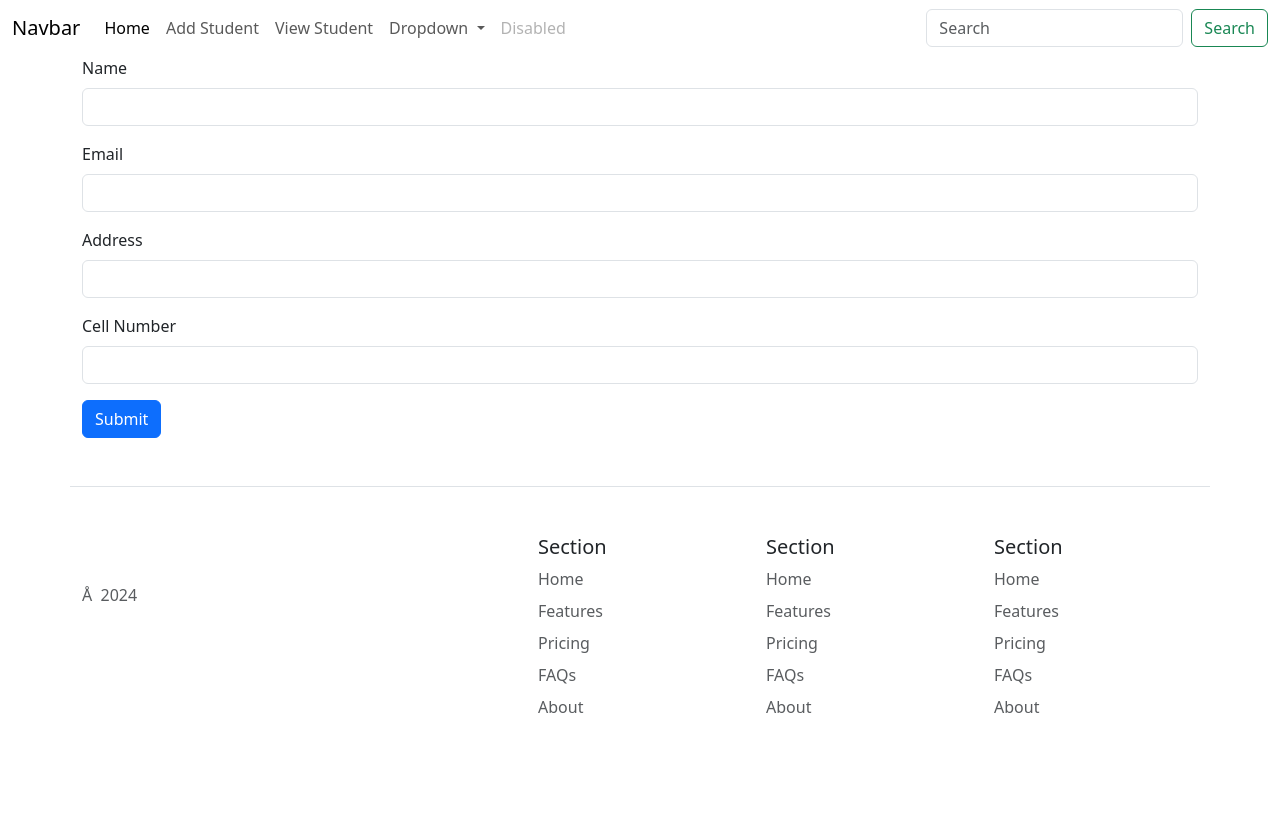
Repository: mdkutub1787/Eclips
Page: http://localhost/JSPCrud2/studentaddform.jsp
An editor plug-in stored every save of this project. The page is shown before and after the next save, followed by the edit.
The browser window is 1280 px wide. The pictures show the whole page.
The page is served by Tomcat 9.

Above is the page before, as saved 2024-07-04 03:49:05.

After the next save:
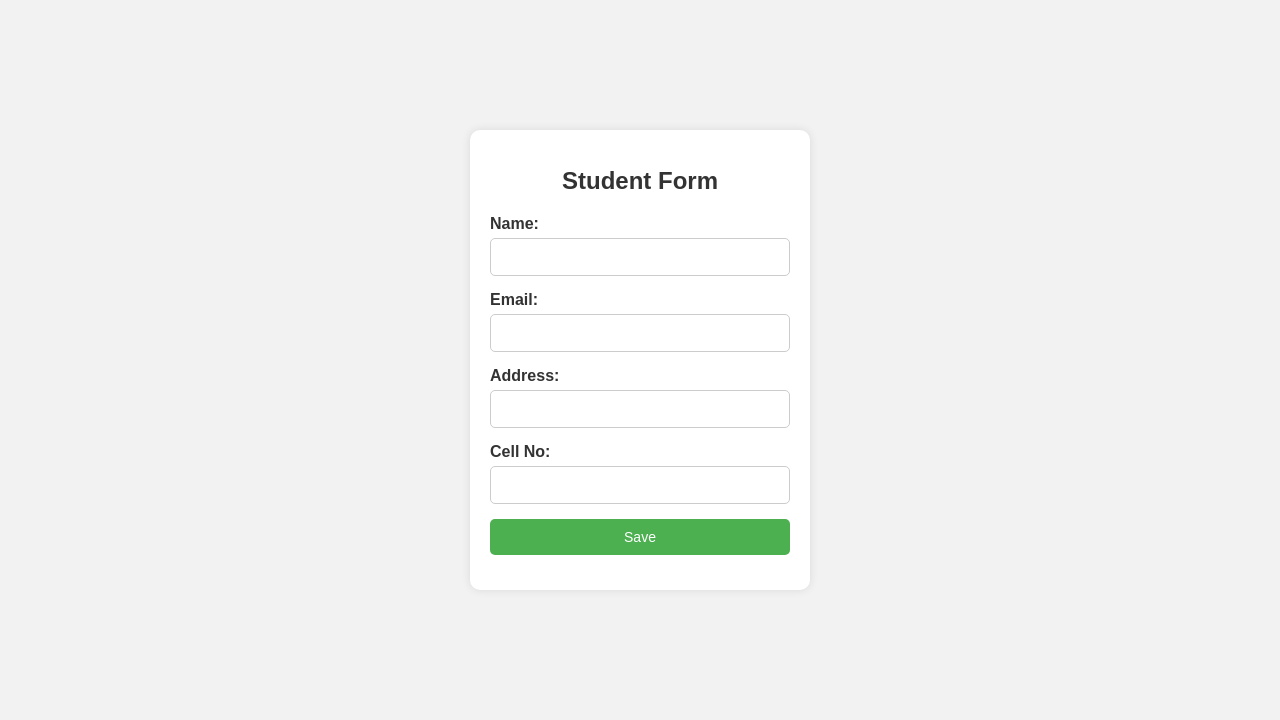
Saved 61 s later.
--- a/JSPCrud2/src/main/webapp/studentaddform.jsp
+++ b/JSPCrud2/src/main/webapp/studentaddform.jsp
@@ -1,36 +1,78 @@
 
-<jsp:include page="header.jsp" />
-
-
-<div class="container">
-
-	<form action="savestudent.jsp" method="post">
-		<div class="mb-3">
-			<label for="exampleInputEmail1" class="form-label">Name</label> <input
-				type="text" class="form-control" id="exampleInputEmail1"
-				aria-describedby="emailHelp" name="name">
-
-		</div>
-		<div class="mb-3">
-			<label for="exampleInputPassword1" class="form-label">Email</label> <input
-				type="email" class="form-control" id="exampleInputPassword1" name="email">
-		</div>
-		<div class="mb-3">
-			<label for="exampleInputPassword1" class="form-label">Address</label>
-			<input type="text" class="form-control" id="exampleInputPassword1" name="address">
-		</div>
-		<div class="mb-3">
-			<label for="exampleInputPassword1" class="form-label">Cell
-				Number</label> <input type="" text"" class="form-control"
-				id="exampleInputPassword1" name="cell">
-		</div>
-
-		<button type="submit" class="btn btn-primary">Submit</button>
-	</form>
-</div>
-
-
-
-
-
-<jsp:include page="footer.jsp" />
+<%@page contentType="text/html" pageEncoding="UTF-8"%>
+<!DOCTYPE html>
+<html>
+    <head>
+        <meta http-equiv="Content-Type" content="text/html; charset=UTF-8">
+        <title>Student Form</title>
+        <style>
+            body {
+                font-family: Arial, sans-serif;
+                background-color: #f2f2f2;
+                margin: 0;
+                padding: 0;
+                display: flex;
+                justify-content: center;
+                align-items: center;
+                height: 100vh;
+            }
+            .form-container {
+                background-color: #fff;
+                padding: 20px;
+                border-radius: 10px;
+                box-shadow: 0 0 10px rgba(0, 0, 0, 0.1);
+                width: 300px;
+            }
+            h1 {
+                text-align: center;
+                margin-bottom: 20px;
+                font-size: 24px;
+                color: #333;
+            }
+            form {
+                display: flex;
+                flex-direction: column;
+            }
+            label {
+                margin-bottom: 5px;
+                font-weight: bold;
+                color: #333;
+            }
+            input[type="text"],
+            input[type="email"],
+            input[type="submit"] {
+                padding: 10px;
+                margin-bottom: 15px;
+                border: 1px solid #ccc;
+                border-radius: 5px;
+                font-size: 14px;
+            }
+            input[type="submit"] {
+                background-color: #4CAF50;
+                color: white;
+                border: none;
+                cursor: pointer;
+                transition: background-color 0.3s;
+            }
+            input[type="submit"]:hover {
+                background-color: #45a049;
+            }
+        </style>
+    </head>
+    <body>
+        <div class="form-container">
+            <h1>Student Form</h1>
+            <form action="saveStudent.jsp" method="post">
+                <label for="name">Name:</label>
+                <input type="text" id="name" name="name">
+                <label for="email">Email:</label>
+                <input type="email" id="email" name="email">
+                <label for="address">Address:</label>
+                <input type="text" id="address" name="address">
+                <label for="cell">Cell No:</label>
+                <input type="text" id="cell" name="cell">
+                <input type="submit" value="Save">
+            </form>
+        </div>
+    </body>
+</html>
